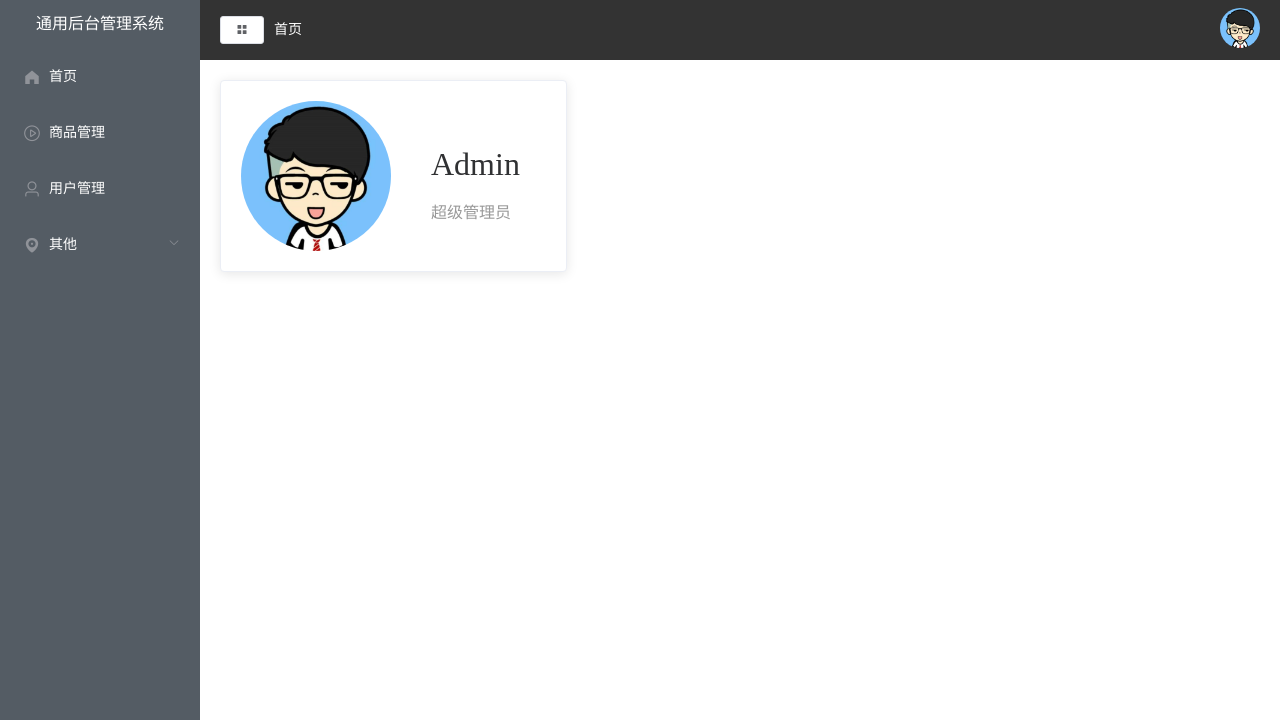
Repository: Francis200214/my-app
Page: /
These files come from the project's save history. The page is drawn as it stood at one moment and after a run of saves; the edit follows.
The browser window is 1280 px wide. The pictures show the whole page.
The project was rebuilt for these pictures with package versions that can differ from the ones it lists, and the page was loaded fresh each time. Also part of the build but not shown: vue.config.js, src/views/User.vue, src/views/Mall.vue, src/views/other/PageOne.vue, src/views/other/PageTwo.vue.

Above is the page before, as saved 2023-05-21 15:38:17.

### src/main.js
import Vue from 'vue'
import App from './App.vue'
import ElementUI from 'element-ui'

// ElementUI 按需引入
// import { Button,Row } from 'element-ui'


import 'element-ui/lib/theme-chalk/index.css'
// Vue-Router
import router from './router'
// Vuex
import store from './store'


Vue.config.productionTip = false

// 全局引入Element UI
Vue.use(ElementUI);


// 按需引入Element UI
// Vue.use(Row);
// Vue.use(Button);


new Vue({
  router,
  store,
  render: h => h(App),
}).$mount('#app')

### src/App.vue
<template>
  <div id="app">
    <router-view></router-view>
  </div>
</template>

<style lang="less">
  html,body,h3 {
    margin: 0;
    padding: 0;
  }
</style>

<script>

export default {
  name: 'App'
}
</script>

### src/router/index.js
import Vue from 'vue'
import VueRouter from 'vue-router'

// 1、引入组件
import Main from '../views/Main.vue'
import Home from '../views/Home.vue'
import User from '../views/User.vue'
import Mall from '../views/Mall.vue'
import PageOne from '../views/other/PageOne.vue'
import PageTwo from '../views/other/PageTwo.vue'

// 引入Vue-Router
Vue.use(VueRouter);

// 2、路由与组件映射
const routes = [
    {
        path: '/',
        component: Main,
        // redirect 表示重定向，当路径是 / 的时候就重定向某个路由
        redirect: '/home',
        children: [
            { path: 'home', component: Home }, // 首页
            { path: 'user', component: User }, // 用户管理
            { path: 'mall', component: Mall }, // 商品管理
            { path: 'page1', component: PageOne }, // 页面一
            { path: 'page2', component: PageTwo }, // 页面二
        ]
    }

]

// 3、创建Router实例
const router = new VueRouter({
    routes // (缩写) 相当于 routes: routes
})

// 4、将 router 暴露
export default router

### src/store/index.js
import Vue from 'vue'
import Vuex from 'vuex'
import tab from './tab'

Vue.use(Vuex)


// 创建 Vuex 的实例
// 对外暴露
export default new Vuex.Store({
    modules: {
        tab
    }
})

### src/views/Main.vue
<template>
    <div>
        <el-container>
            <el-aside width="auto">
                <common-aside />
            </el-aside>
            <el-container>
                <el-header>
                    <common-header />
                </el-header>
                <el-main>
                    <router-view></router-view>
                </el-main>
            </el-container>
        </el-container>
    </div>
</template>
<style lang="less" scoped>
.el-header {
    padding: 0;
}
</style>
<script>
import CommonAside from '../components/CommonAside.vue'
import CommonHeader from '../components/CommonHeader.vue'


export default {
    data() {
        return {}
    },
    components: {
        CommonAside,
        CommonHeader
    }
}
</script>

### src/views/Home.vue
<template>
    <el-row>
        <el-col :span="8">
            <el-card class="box-card">
                <div class="user">
                    <img src="../assets/images/user.png" alt="">
                    <div class="userinfo">
                        <p class="name">Admin</p>
                        <p class="access">超级管理员</p>
                    </div>
                </div>
                <div class="login-info"></div>
            </el-card>
        </el-col>
        <el-col :span="16">
            <div class="grid-content bg-purple-light"></div>
        </el-col>
    </el-row>
</template>
<style lang="less" scoped>
.user {
    display: flex;
    // flex 布局中 主轴垂直居中
    align-items: center;


    img {
        width: 150px;
        height: 150px;
        border-radius: 50%;
        margin-right: 40px;
    }

    .userinfo {
        .name {
            font-size: 32px;
            margin-bottom: 10px;
        }

        .access {
            color: #999999;
        }
    }
}
</style>
<script>
export default {
    data() {
        return {}
    }
}
</script>

### src/store/tab.js
export default {
    state: {
        isCollapse: false // 用于控制菜单的展开或收起
    },
    mutations: {
        // 修改菜单展开或者收起的方法
        collapseMenu(state) {
            state.isCollapse = !state.isCollapse
        }
    }
}

### src/components/CommonAside.vue
<template>
    <div>
        <el-menu default-active="1-4-1" class="el-menu-vertical-demo" @open="handleOpen" @close="handleClose"
            :collapse="isCollapse" background-color="#545c64" text-color="#fff" active-text-color="#ffd04b">

            <h3>{{ isCollapse ? '后台' : '通用后台管理系统' }}</h3>

            <el-menu-item @click="clickMenu(item)" v-for="item in noChildren" :key="item.name" :index="item.name">
                <i :class="`el-icon-${item.icon}`"></i>
                <span slot="title">{{ item.label }}</span>
            </el-menu-item>

            <el-submenu v-for="item in hasChildren" :key="item.label" :index="item.label">
                <template slot="title">
                    <i :class="`el-icon-${item.icon}`"></i>
                    <span slot="title">{{ item.label }}</span>
                </template>
                <el-menu-item-group v-for="subItem in item.children" :key="subItem.path">
                    <el-menu-item @click="clickMenu(subItem)" :index="subItem.path">{{ subItem.label }}</el-menu-item>
                </el-menu-item-group>
            </el-submenu>
        </el-menu>
    </div>
</template>

<style lang="less" scope>
.el-menu-vertical-demo:not(.el-menu--collapse) {
    width: 200px;
    min-height: 400px;
}

.el-menu {
    height: 100vh;
    border-right: none;

    h3 {
        color: #fff;
        text-align: center;
        line-height: 48px;
        font-size: 16px;
        // 字体粗细
        font-weight: 400;
    }
}
</style>

<script>
export default {
    data() {
        return {
            menuData: [
                {
                    path: '/',
                    name: 'home',
                    label: '首页',
                    icon: 's-home',
                    url: 'Home/Home'
                },
                {
                    path: '/mall',
                    name: 'mall',
                    label: '商品管理',
                    icon: 'video-play',
                    url: 'MallManage/MallManage'
                },
                {
                    path: '/user',
                    name: 'user',
                    label: '用户管理',
                    icon: 'user',
                    url: 'UserManage/UserManage'
                },
                {
                    label: '其他',
                    icon: 'location',
                    children: [
                        {
                            path: '/page1',
                            name: 'page1',
                            label: '页面1',
                            icon: 'setting',
                            url: 'Other/PageOne'
                        },
                        {
                            path: '/page2',
                            name: 'page2',
                            label: '页面2',
                            icon: 'setting',
                            url: 'Other/PageTwo'
                        }
                    ]
                }
            ]
        };
    },
    methods: {
        handleOpen(key, keyPath) {
            console.log(key, keyPath);
        },
        handleClose(key, keyPath) {
            console.log(key, keyPath);
        },
        // 点击菜单
        clickMenu(item) {
            console.log(item)
            // 当页面的路由与我要跳转的路由不一致的时候才允许跳转
            if (this.$route.path !== item.path && !(this.$route.path === '/home' && (item.path === '/'))) {
                // 这里的this代表vue实例
                this.$router.push(item.path)
            }
        }
    },
    computed: {
        // 没有子菜单
        noChildren() {
            return this.menuData.filter(item => !item.children)
        },
        // 有子菜单
        hasChildren() {
            return this.menuData.filter(item => item.children)
        },
        isCollapse() {
            return this.$store.state.tab.isCollapse
        }
    }
}
</script>

### src/components/CommonHeader.vue
<template>
    <div class="header-container">
        <div class="l-content">
            <el-button @click="handleMenu" icon="el-icon-menu" size="mini"></el-button>
            <!-- 面包屑 -->
            <span class="text">首页</span>
        </div>
        <div class="r-content">
            <el-dropdown>
                <span class="el-dropdown-link">
                    <img class="user" src="../assets/images/user.png" alt="">
                </span>
                <el-dropdown-menu slot="dropdown">
                    <el-dropdown-item>个人中心</el-dropdown-item>
                    <el-dropdown-item>退出</el-dropdown-item>
                </el-dropdown-menu>
            </el-dropdown>
        </div>
    </div>
</template>
<style lang="less" scoped>
.header-container {
    padding: 0px 20px;
    background-color: #333;
    height: 60px;
    display: flex;
    // 将元素放到元素主轴的两端
    justify-content: space-between;
    align-items: center;

    .text {
        color: #fff;
        font-size: 14px;
        margin-left: 10px;
    }

    .r-content {
        .user {
            width: 40px;
            height: 40px;
            border-radius: 50%;
        }
    }
}
</style>
<script>
export default {
    data() {
        return {}
    },
    methods: {
        handleMenu() {
            this.$store.commit('collapseMenu')
        }
    }
}
</script>

Loaded but not shown: public/index.html (common file)

After the next 2 saves:
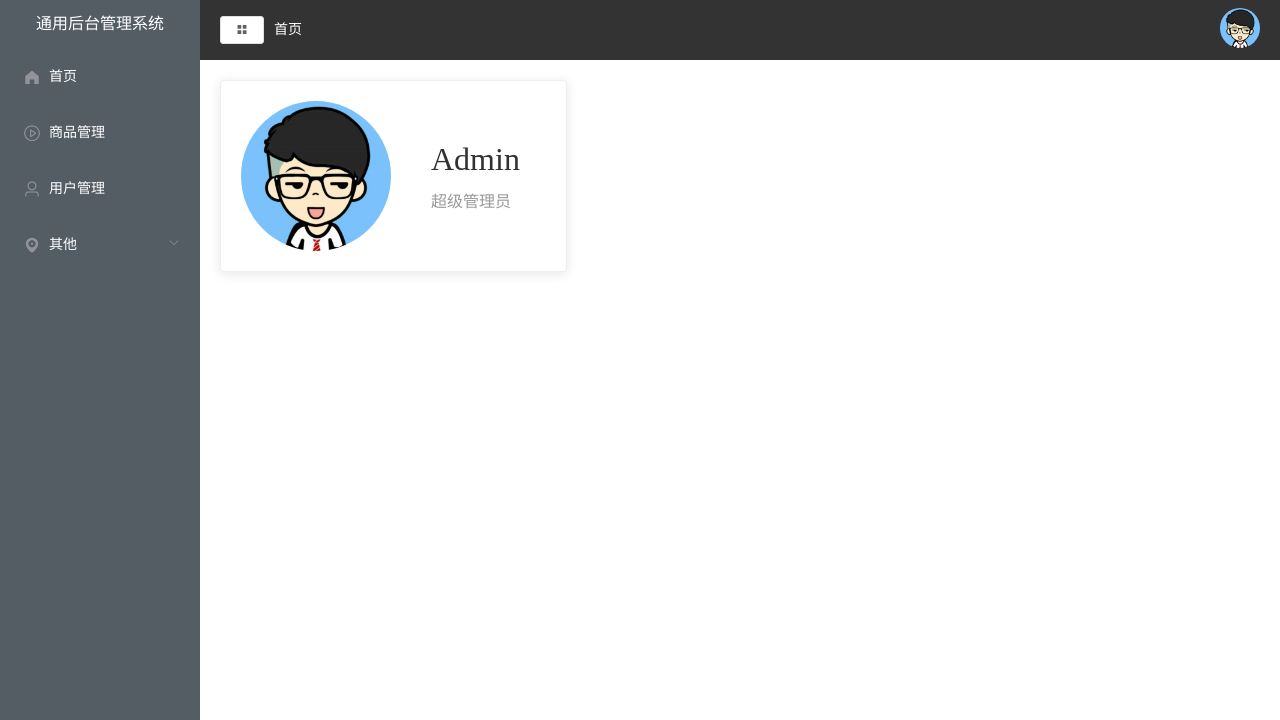
The 2 saves are shown as one change because they came seconds apart.
The last was saved 9 s later.
--- a/src/App.vue
+++ b/src/App.vue
@@ -5,7 +5,7 @@
 </template>
 
 <style lang="less">
-  html,body,h3 {
+  html,body,h3,p {
     margin: 0;
     padding: 0;
   }
